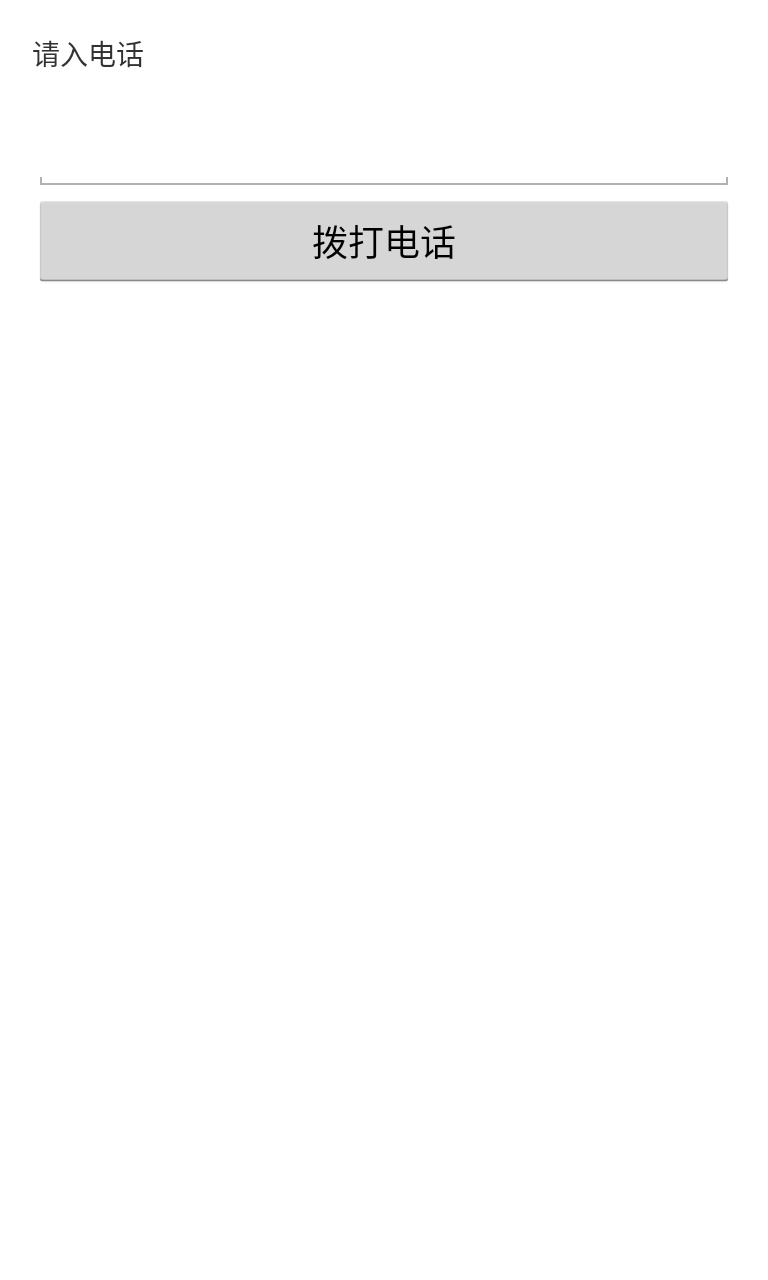
Repository: qwer2714856/Android_learn
Layout: phone/res/layout/activity_main.xml
An editor plug-in stored every save of this project. The layout is shown before and after the next save, followed by the edit.
It is drawn on a 768 x 1280 px phone screen (xhdpi) without system bars, with theme AppTheme; the app's code is not run.

Above is the layout before, as saved 2015-09-23 08:05:11.

### phone/res/layout/activity_main.xml
<LinearLayout xmlns:android="http://schemas.android.com/apk/res/android"
    xmlns:tools="http://schemas.android.com/tools"
    android:layout_width="match_parent"
    android:layout_height="match_parent"
    android:paddingBottom="@dimen/activity_vertical_margin"
    android:paddingLeft="@dimen/activity_horizontal_margin"
    android:paddingRight="@dimen/activity_horizontal_margin"
    android:paddingTop="@dimen/activity_vertical_margin"
    tools:context="com.example.phone.MainActivity"
    android:orientation="vertical"
    >

    <TextView
        android:layout_width="wrap_content"
        android:layout_height="wrap_content"
        android:layout_marginBottom="20dp"
        android:text="请入电话" />

    <EditText
        android:layout_width="match_parent"
        android:layout_height="wrap_content"
        />

    <Button
        android:layout_width="match_parent"
        android:layout_height="wrap_content"
        android:text="拨打电话"
        />

</LinearLayout>

Loaded but not shown: phone/res/values/styles.xml (common file); phone/res/values-v11/styles.xml (common file); phone/res/values-v14/styles.xml (common file); phone/res/values/dimens.xml (common file); phone/res/values-w820dp/dimens.xml (common file)

After the next save:
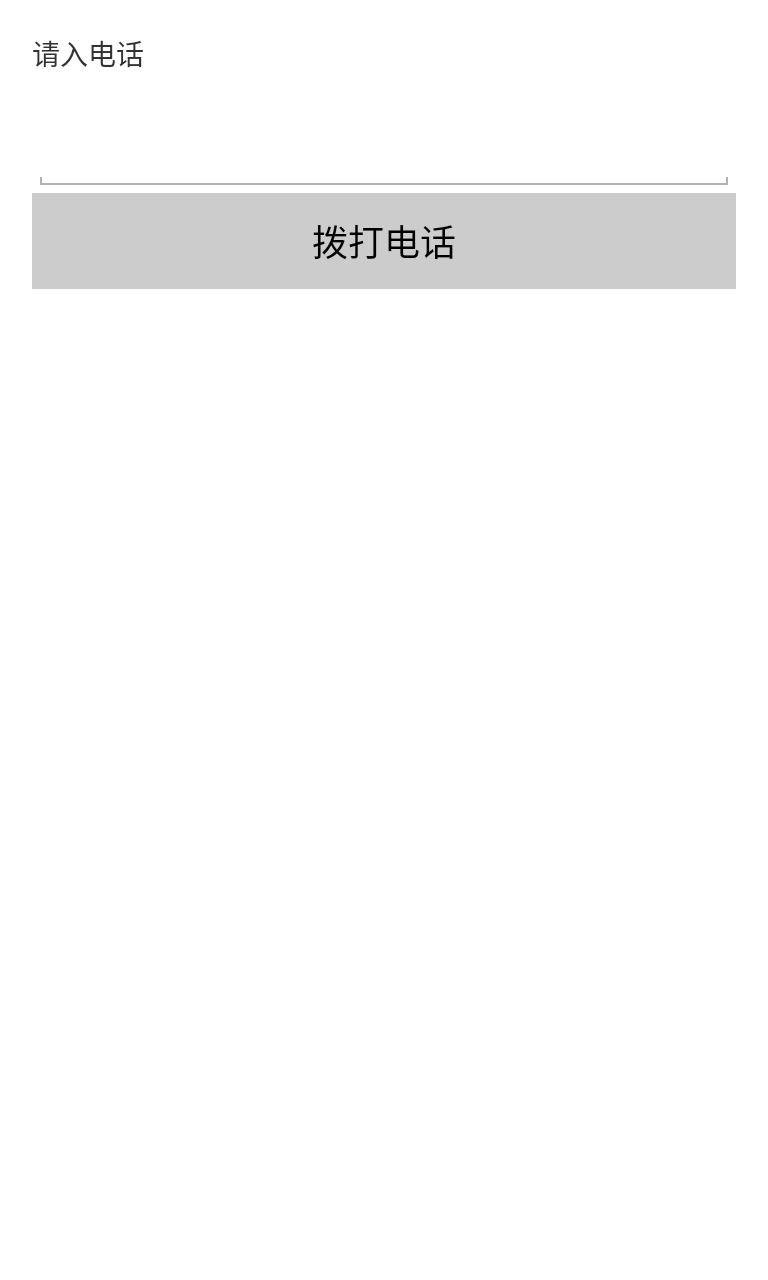
Saved 99 s later.
--- a/phone/res/layout/activity_main.xml
+++ b/phone/res/layout/activity_main.xml
@@ -24,6 +24,7 @@
     <Button
         android:layout_width="match_parent"
         android:layout_height="wrap_content"
+        android:background="#ccc"
         android:text="拨打电话"
         />
 
